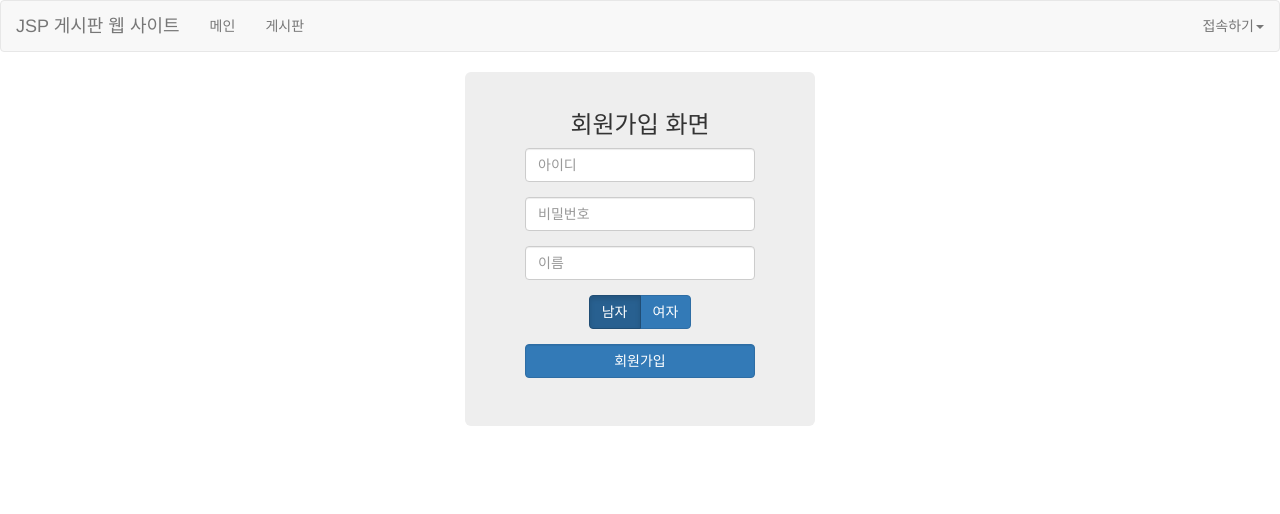
Repository: winter9388/JSP_BBS
Page: http://localhost/BBS/join.jsp
The author's editor kept a copy of each file at every save. The page is drawn from the files as they stood at one save, then again after the next save.
The browser window is 1280 px wide. The pictures show the whole page.
Some web libraries are served in a nearby version. The page is served by Tomcat 9.

Above is the page before, as saved 2022-08-11 07:09:55.

After the next save:
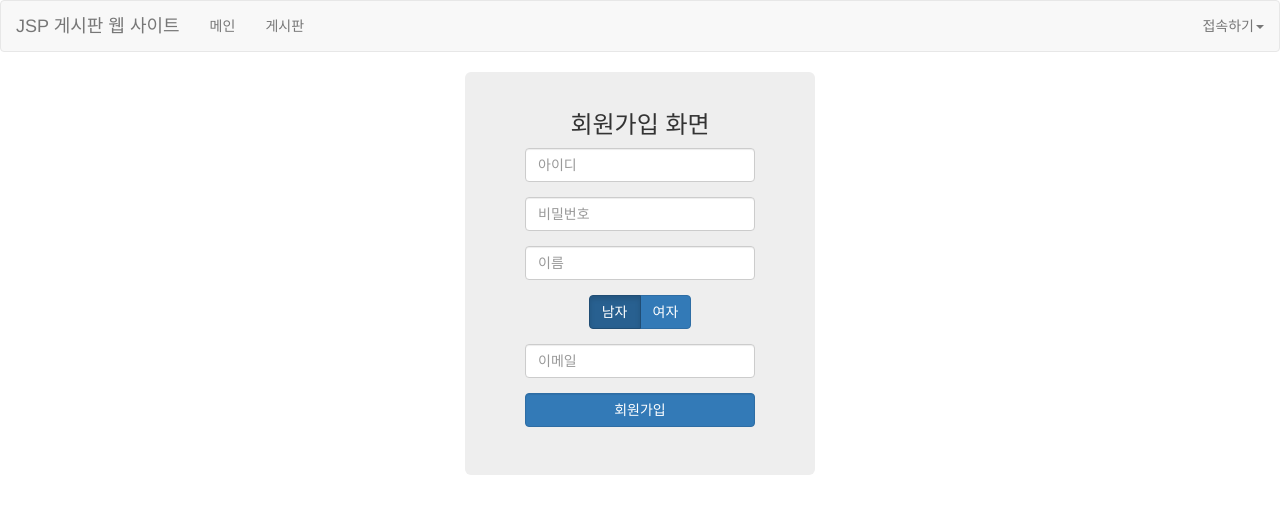
Saved 53 s later.
--- a/BBS/src/main/webapp/join.jsp
+++ b/BBS/src/main/webapp/join.jsp
@@ -64,6 +64,9 @@
 							</label>
 						</div>
 					</div>
+					<div class="form-group">
+						<input type="email" class="form-control" placeholder="이메일" name="userEmail" maxlength="20">
+					</div>
 					<input type="submit" class="btn btn-primary form-control" value="회원가입">
 				</form>
 			</div>
